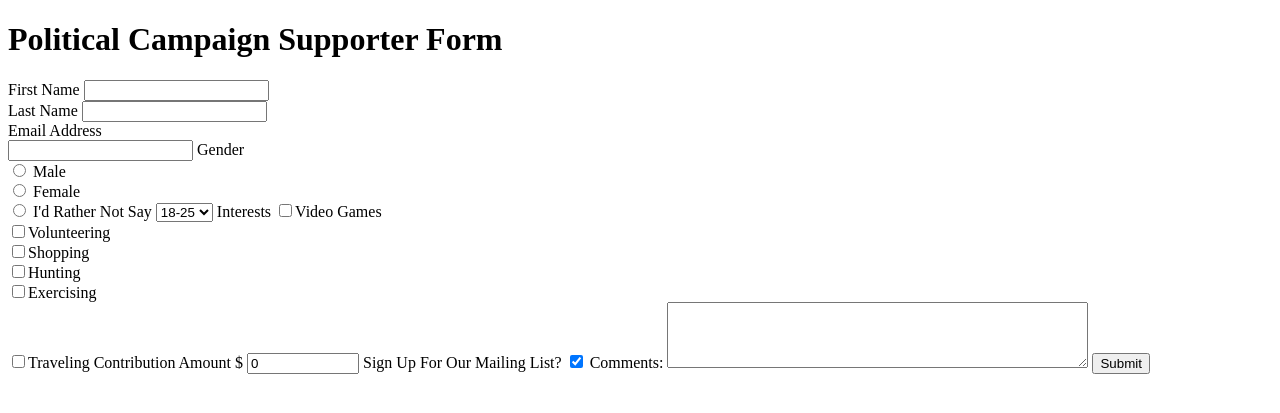
Repository: ryanaanderson0/COSW30
Page: Homework/Homework2/contact.html
The author's editor kept a record of every edit. The page is drawn from the files as they stood at one moment, then again after the next edit.
The browser window is 1280 px wide. The pictures show the whole page.

Above is the page before.

After the next edit:
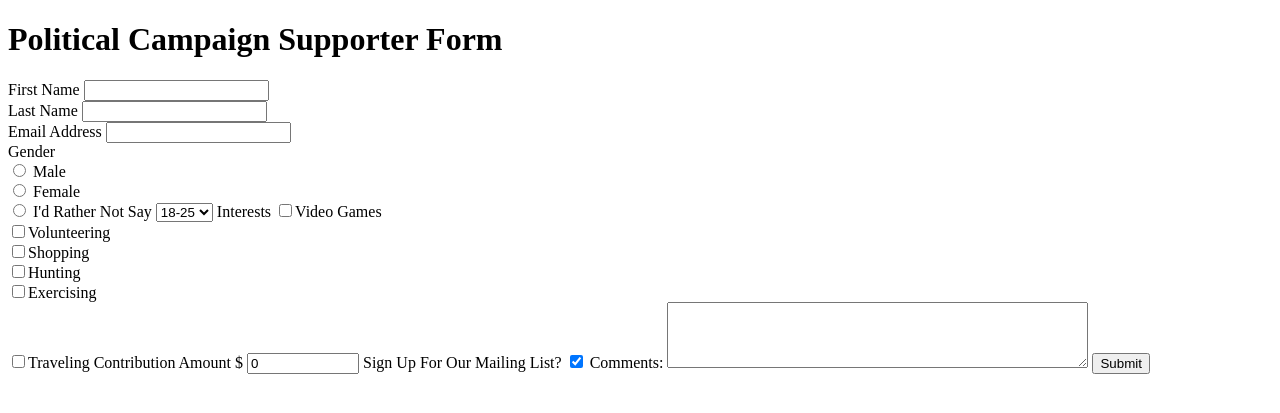
The edit:
--- a/Homework/Homework2/contact.html
+++ b/Homework/Homework2/contact.html
@@ -15,8 +15,8 @@
         <label>Last Name</label>
         <input type="text" id="last_name" name="last_name" required> <br>
 
-        <label>Email Address</label> <br>
-        <input type="email" id="email" name="email" required>
+        <label>Email Address</label>
+        <input type="email" id="email" name="email" required> <br>
 
         <label>Gender</label> <br>
         <input type="radio" id="gender" name="gender" value="male" required> Male<br>
